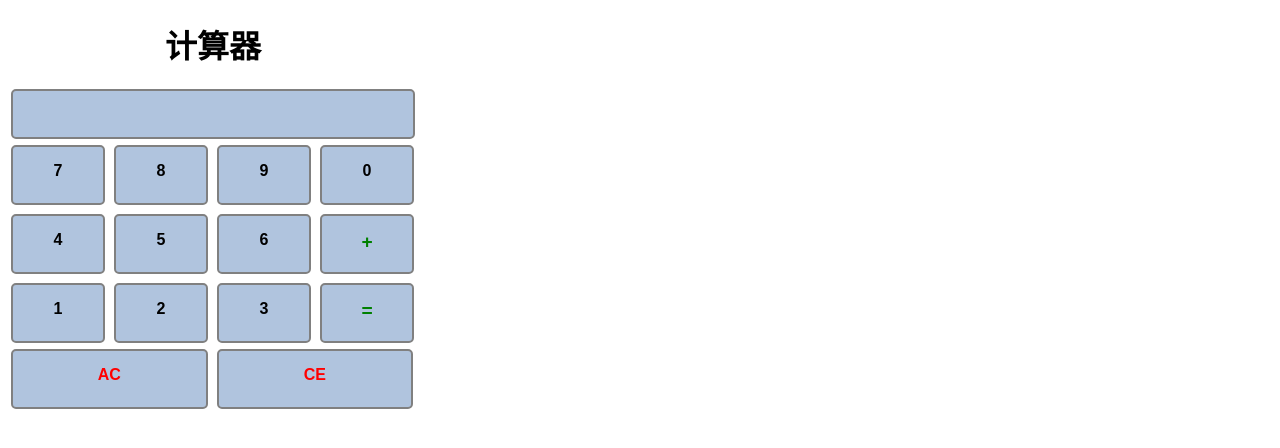
Repository: fzw1202/web-calculator
Page: index.html
An editor plug-in stored every save of this project. The page is shown before and after the next save, followed by the edit.
The browser window is 1280 px wide. The pictures show the whole page.

Above is the page before, as saved 2023-03-24 14:41:31.

After the next save:
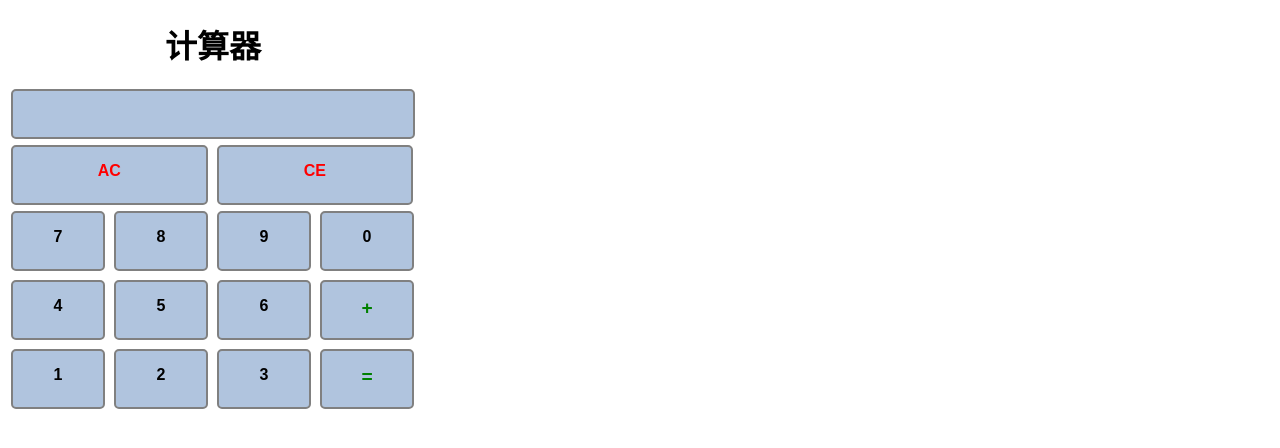
Saved 29 s later.
--- a/index.html
+++ b/index.html
@@ -10,10 +10,11 @@
 
 <body>
     <h1 style="text-align:center;"> 计算器 </h1>
-    <div id="screen">
-
+    <div id="screen"></div>
+    <div class="function">
+        <div id="AC">AC</div>
+        <div id="CE">CE</div>
     </div>
-
     <div class="keyboard">
         <div id="seven">7</div>
         <div id="eight">8</div>
@@ -29,11 +30,6 @@
         <div id="equal">=</div>
     </div>
 
-    <div class="function">
-        <div id="AC">AC</div>
-        <div id="CE">CE</div>
-    </div>
-
 </body>
 
 </html>
